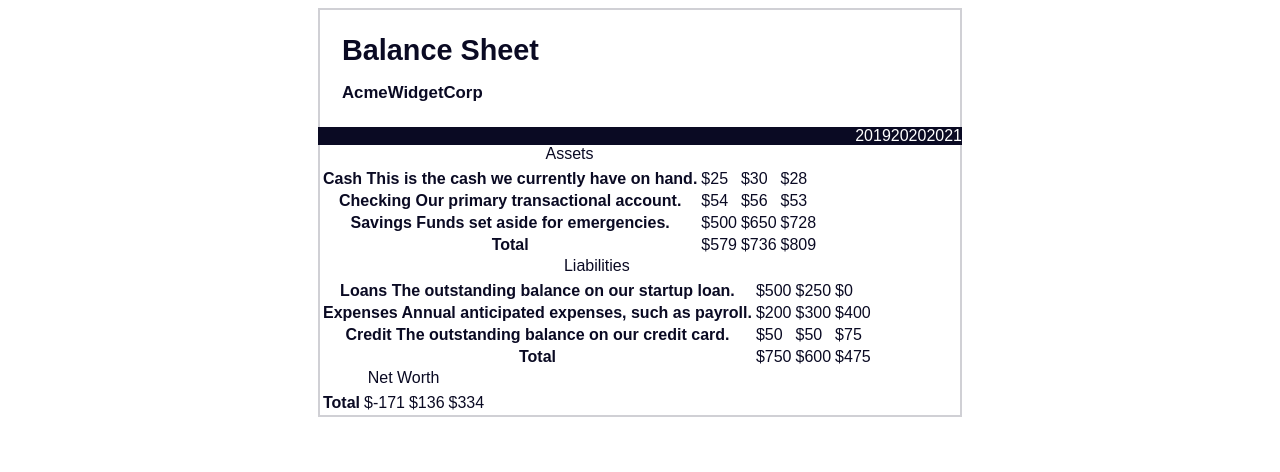
Repository: cipdanila/freeCodeCamp
Page: BalanceSheet/index.html
An editor plug-in stored every save of this project. The page is shown before and after the next save, followed by the edit.
The browser window is 1280 px wide. The pictures show the whole page.

Above is the page before, as saved 2023-10-19 18:49:49.

### BalanceSheet/index.html
<!DOCTYPE html>
<html lang="en">
    <head>
        <meta charset="UTF-8" />
        <meta name="viewport" content="width=device-width, initial-scale=1.0" />
        <title>Balance Sheet</title>
        <link rel="stylesheet" href="./styles.css" />
    </head>
    <body>
        <main>
            <section>
                <h1>
                    <span class="flex">
                        <span>AcmeWidgetCorp</span>
                        <span>Balance Sheet</span>
                    </span>
                </h1>
                <div id="years" aria-hidden="true">
                    <span class="year">2019</span>
                    <span class="year">2020</span>
                    <span class="year">2021</span>
                </div>
                <div class="table-wrap">
                    <table>
                        <caption>
                            Assets
                        </caption>
                        <thead>
                            <tr>
                                <td></td>
                                <th><span class="sr-only year">2019</span></th>
                                <th><span class="sr-only year">2020</span></th>
                                <th class="current">
                                    <span class="sr-only year">2021</span>
                                </th>
                            </tr>
                        </thead>
                        <tbody>
                            <tr class="data">
                                <th>
                                    Cash
                                    <span class="description"
                                        >This is the cash we currently have on
                                        hand.</span
                                    >
                                </th>
                                <td>$25</td>
                                <td>$30</td>
                                <td class="current">$28</td>
                            </tr>
                            <tr class="data">
                                <th>
                                    Checking
                                    <span class="description"
                                        >Our primary transactional
                                        account.</span
                                    >
                                </th>
                                <td>$54</td>
                                <td>$56</td>
                                <td class="current">$53</td>
                            </tr>
                            <tr class="data">
                                <th>
                                    Savings
                                    <span class="description"
                                        >Funds set aside for emergencies.</span
                                    >
                                </th>
                                <td>$500</td>
                                <td>$650</td>
                                <td class="current">$728</td>
                            </tr>
                            <tr class="total">
                                <th>
                                    Total <span class="sr-only">Assets</span>
                                </th>
                                <td>$579</td>
                                <td>$736</td>
                                <td class="current">$809</td>
                            </tr>
                        </tbody>
                    </table>
                    <table>
                        <caption>
                            Liabilities
                        </caption>
                        <thead>
                            <tr>
                                <td></td>
                                <th><span class="sr-only">2019</span></th>
                                <th><span class="sr-only">2020</span></th>
                                <th><span class="sr-only">2021</span></th>
                            </tr>
                        </thead>
                        <tbody>
                            <tr class="data">
                                <th>
                                    Loans
                                    <span class="description"
                                        >The outstanding balance on our startup
                                        loan.</span
                                    >
                                </th>
                                <td>$500</td>
                                <td>$250</td>
                                <td class="current">$0</td>
                            </tr>
                            <tr class="data">
                                <th>
                                    Expenses
                                    <span class="description"
                                        >Annual anticipated expenses, such as
                                        payroll.</span
                                    >
                                </th>
                                <td>$200</td>
                                <td>$300</td>
                                <td class="current">$400</td>
                            </tr>
                            <tr class="data">
                                <th>
                                    Credit
                                    <span class="description"
                                        >The outstanding balance on our credit
                                        card.</span
                                    >
                                </th>
                                <td>$50</td>
                                <td>$50</td>
                                <td class="current">$75</td>
                            </tr>
                            <tr class="total">
                                <th>
                                    Total
                                    <span class="sr-only">Liabilities</span>
                                </th>
                                <td>$750</td>
                                <td>$600</td>
                                <td class="current">$475</td>
                            </tr>
                        </tbody>
                    </table>
                    <table>
                        <caption>
                            Net Worth
                        </caption>
                        <thead>
                            <tr>
                                <td></td>
                                <th><span class="sr-only">2019</span></th>
                                <th><span class="sr-only">2020</span></th>
                                <th><span class="sr-only">2021</span></th>
                            </tr>
                        </thead>
                        <tbody>
                            <tr class="total">
                                <th>
                                    Total <span class="sr-only">Net Worth</span>
                                </th>
                                <td>$-171</td>
                                <td>$136</td>
                                <td class="current">$334</td>
                            </tr>
                        </tbody>
                    </table>
                </div>
            </section>
        </main>
    </body>
</html>

### BalanceSheet/styles.css
html {
    box-sizing: border-box;
}

body {
    font-family: sans-serif;
    color: #0a0a23;
}

span[class~="sr-only"] {    /* select any span element whose class are "sr-only" */
    border: 0;
    clip: rect(1px, 1px, 1px, 1px); /* define the visible portions of an element */
    clip-path: inset(50%);          /* determines the shape clip property should take */
    width: 1px;
    height: 1px;
    overflow: hidden;
    white-space: nowrap;
    position: absolute;
    padding: 0;
    margin: -1px;
}

h1 {
    max-width: 37.25rem;
    margin: 0 auto;
    padding: 1.5rem 1.25rem;
}

h1 .flex {
    display: flex;
    flex-direction: column-reverse;
    gap: 1rem;
}

h1 .flex span:first-of-type {           /* target the first element that matches the selector */
                                        /* since span elements are reversed, it will apply to second element */
    font-size: 0.7em;                   /* make the font to look like a sub-header */
}

h1 .flex span:last-of-type {            /* target the last element that matches the selector */
    font-size: 1.2em;                   /* make the font to look like a header */
}

section {
    max-width: 40rem;                   /* for responsive design */
    margin: 0 auto;                     /* center it */
    border: 2px solid #d0d0d5;
}

#years {
    display: flex;
    justify-content: flex-end;
    position: sticky;
    top: 0;
    color: #fff;
    background-color: #0a0a23;
    margin: 0 -2px;
    padding: ;
}

After the next save:
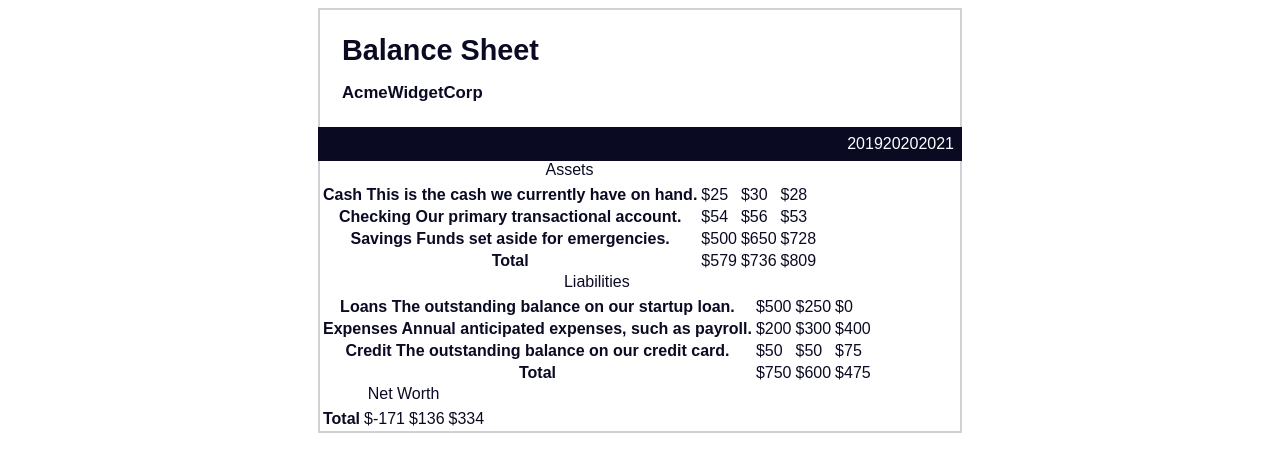
Saved 6 s later.
--- a/BalanceSheet/styles.css
+++ b/BalanceSheet/styles.css
@@ -55,5 +55,5 @@ section {
     color: #fff;
     background-color: #0a0a23;
     margin: 0 -2px;
-    padding: ;
+    padding: 0.5rem;
 }

After the 3 saves that followed:
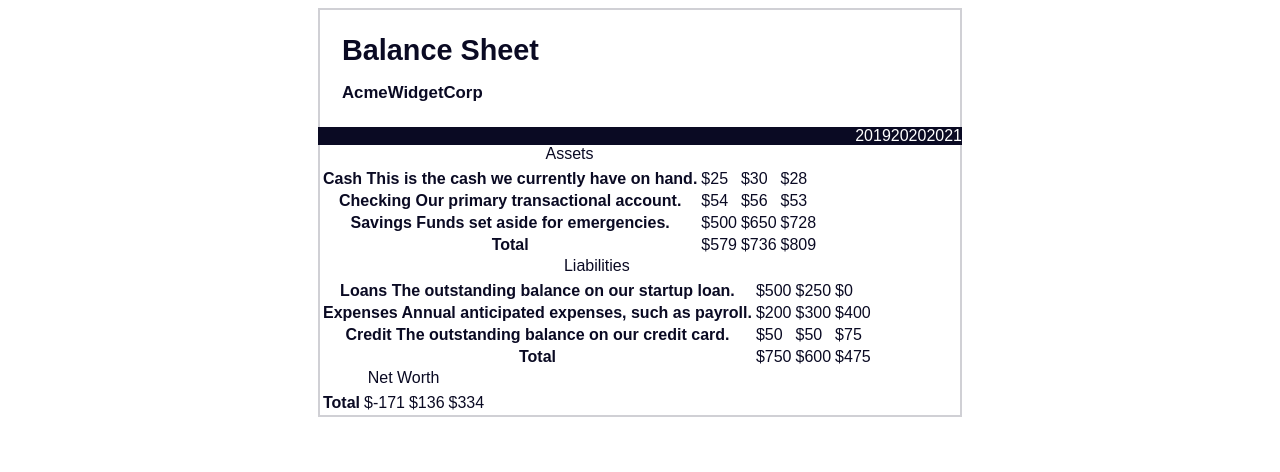
The 3 saves are shown as one change because 2 left the picture as it was.
The last was saved 5 min 32 s later.
--- a/BalanceSheet/styles.css
+++ b/BalanceSheet/styles.css
@@ -55,5 +55,5 @@ section {
     color: #fff;
     background-color: #0a0a23;
     margin: 0 -2px;
-    padding: 0.5rem;
+    padding: 0.5rem calc(1.25rem + )
 }
